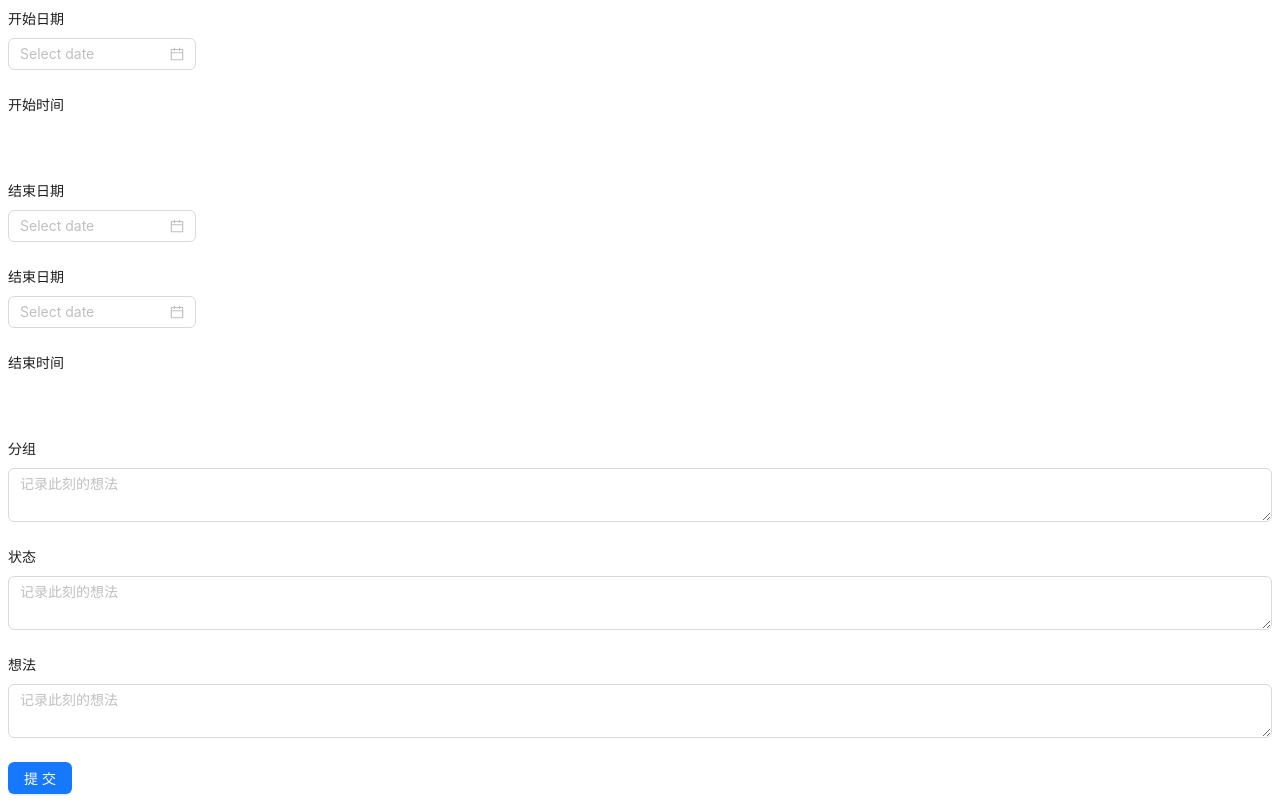
Repository: wujieli0207/time-value-app
Page: /
The author's editor kept a copy of each file at every save. The page is drawn from the files as they stood at one save, then again after the next save.
The browser window is 1280 px wide. The pictures show the whole page.
The project was rebuilt for these pictures with package versions that can differ from the ones it lists, and the page was loaded fresh each time. Also part of the build but not shown: vite.config.ts.

Above is the page before, as saved 2024-01-29 10:50:53.

### src/App.tsx
import { Button, Form, Input, DatePicker } from 'antd'
import { useMemo, useState } from 'react'
import { generateTimesGap } from '@/utils'
import { ITimeInterface } from '#/time'

interface IFormItemShow {
  startDate: boolean
  startTime: boolean
  endDate: boolean
  endTime: boolean
}

interface FieldType
  extends Pick<ITimeInterface, 'catagoryId' | 'description' | 'status'> {
  startDate: string
  startTime: string
  endDate: string
  endTime: string
}

function App() {
  const [isFormItemShow, setIsFormItemShow] = useState({
    startDate: false,
    startTime: false,
    endDate: false,
    endTime: false,
  })

  const timeRange = useMemo(() => {
    return generateTimesGap()
  }, [])

  const handleToggleFormItemShow = (key: keyof IFormItemShow) => {
    setIsFormItemShow((prevState) => ({
      ...prevState,
      [key]: !isFormItemShow[key],
    }))
  }

  return (
    <>
      <Form layout="vertical">
        <Form.Item<FieldType> name="startDate" label="开始日期">
          <DatePicker />
        </Form.Item>
        <Form.Item<FieldType> name="startTime" label="开始时间"></Form.Item>
        <Form.Item label="结束日期">
          <DatePicker />
        </Form.Item>
        <Form.Item<FieldType> name="endDate" label="结束日期">
          <DatePicker />
        </Form.Item>
        <Form.Item<FieldType> name="endTime" label="结束时间"></Form.Item>

        <Form.Item<FieldType> name="catagoryId" label="分组">
          <Input.TextArea placeholder="记录此刻的想法" />
        </Form.Item>

        <Form.Item<FieldType> name="status" label="状态">
          <Input.TextArea placeholder="记录此刻的想法" />
        </Form.Item>

        <Form.Item<FieldType> name="description" label="想法">
          <Input.TextArea placeholder="记录此刻的想法" />
        </Form.Item>
      </Form>

      <Button type="primary">提交</Button>
    </>
  )
}

export default App

### src/utils/index.ts
export { dateFormat, generateTimesGap } from './date'

### src/utils/date.ts
import dayjs, { ConfigType } from 'dayjs'
import { DateFormatEnum } from '@/enums/global'

/**
 * @description 日期格式化
 */
export function dateFormat(
  date: ConfigType,
  fmt = DateFormatEnum.DATE
): string {
  if (date) {
    const result = dayjs(date).format(fmt)
    return result === 'Invalid date' ? '' : result
  }

  return ''
}

/**
 * @description 按照每 15 分钟到间隔，生成时间选择列表
 */
export function generateTimesGap(): Array<Record<'label' | 'value', string>> {
  const times = []
  for (let i = 0; i < 24; i++) {
    for (let j = 0; j < 60; j += 15) {
      const date = new Date()
      date.setHours(i, j)
      const isPM = i >= 12
      const hour = isPM ? i - 12 : i
      const minute = j < 10 ? '0' + j : j
      const label = `${isPM ? '下午' : '上午'} ` + hour + ':' + minute
      times.push({
        label: label,
        value: dateFormat(date, DateFormatEnum.MINUTE),
      })
    }
  }
  return times
}

### src/enums/global.ts
export enum ThemeEnum {
  SYSTEM = 'system', // 跟随系统
  LIGHT = 'light',
  DARK = 'dark',
}

export enum LanguageEnum {
  ZH_CN = 'zh-CN',
  EN_US = 'en-US',
}

export enum DateFormatEnum {
  DATE = 'YYYY-MM-DD',
  DATE_TIME = 'YYYY-MM-DD HH:mm:ss',
  DATE_MINUTE = 'YYYY-MM-DD HH:mm',
  MINUTE = 'HH:mm',
}

Loaded but not shown: index.html (common file); src/main.tsx (common file)

After the next save:
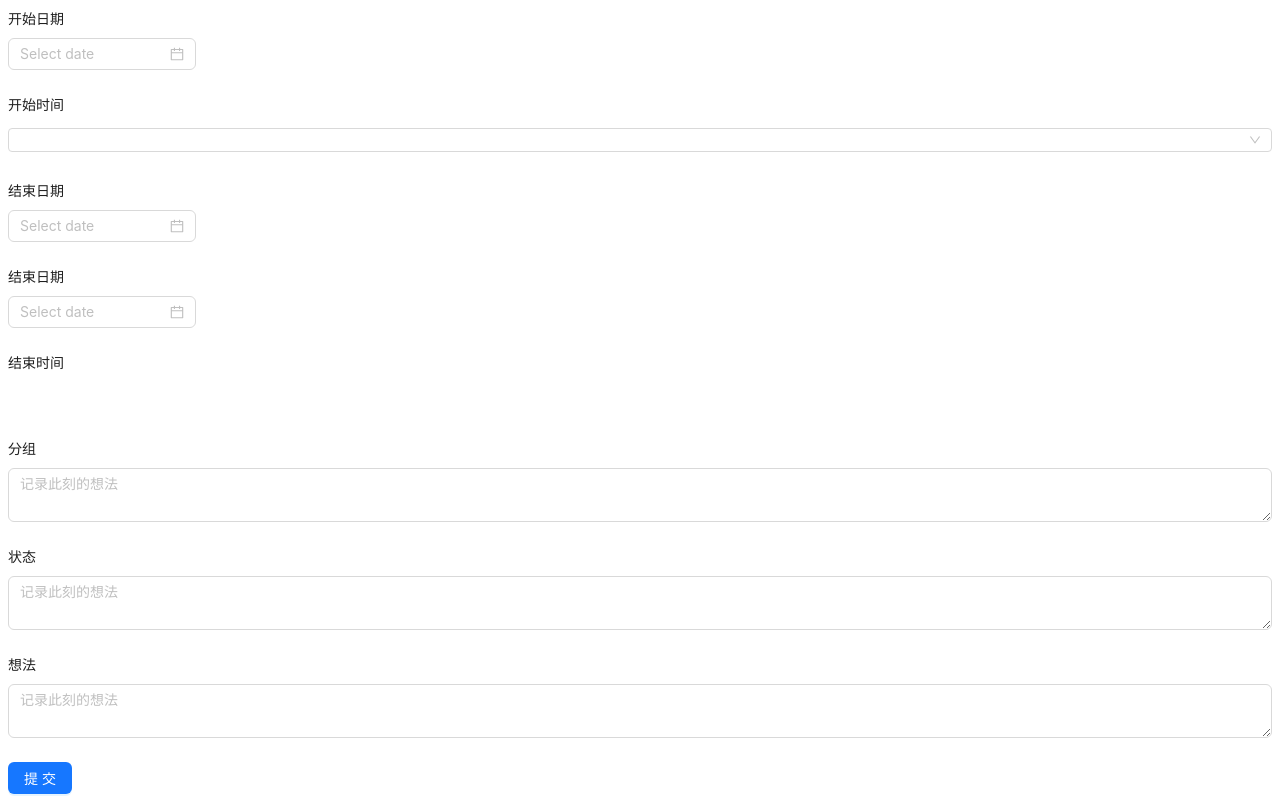
Saved 46 s later.
--- a/src/App.tsx
+++ b/src/App.tsx
@@ -1,4 +1,4 @@
-import { Button, Form, Input, DatePicker } from 'antd'
+import { Button, Form, Input, DatePicker, Select } from 'antd'
 import { useMemo, useState } from 'react'
 import { generateTimesGap } from '@/utils'
 import { ITimeInterface } from '#/time'
@@ -43,7 +43,9 @@ function App() {
         <Form.Item<FieldType> name="startDate" label="开始日期">
           <DatePicker />
         </Form.Item>
-        <Form.Item<FieldType> name="startTime" label="开始时间"></Form.Item>
+        <Form.Item<FieldType> name="startTime" label="开始时间">
+          <Select size="small" options={timeRange} />
+        </Form.Item>
         <Form.Item label="结束日期">
           <DatePicker />
         </Form.Item>
